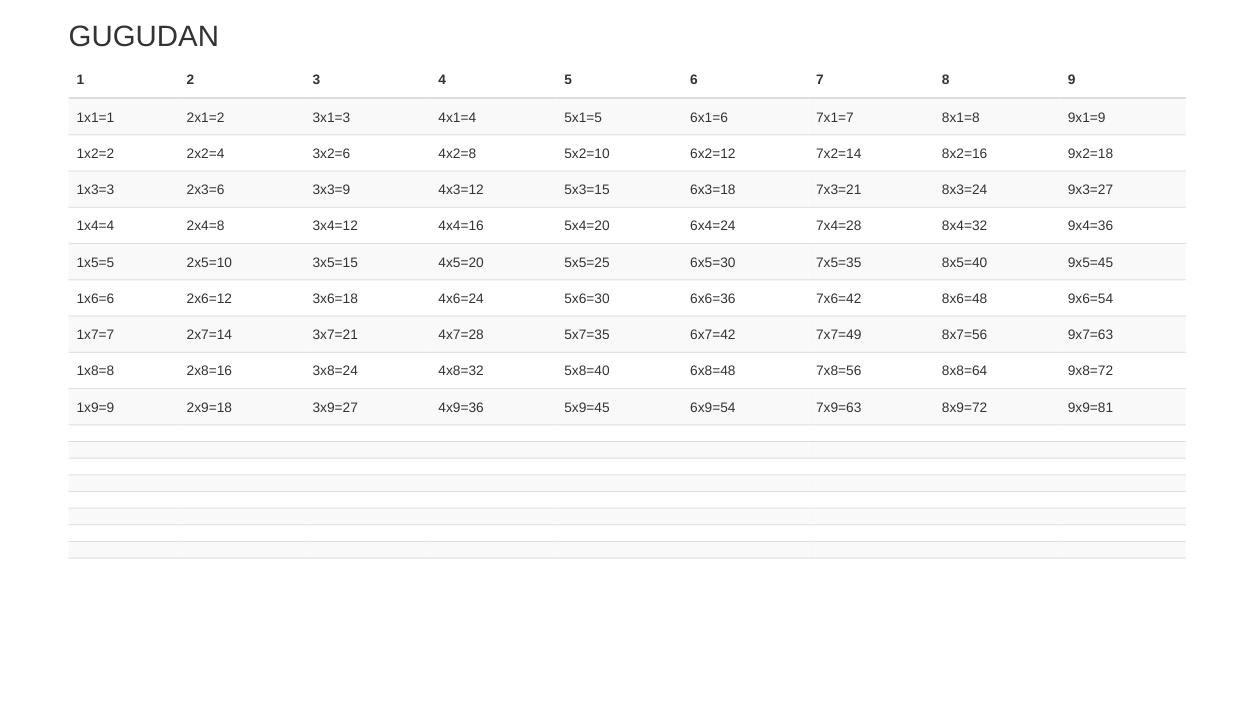
Repository: SongSooJin/JSP
Page: http://localhost/5-jsp-basic/example5/gugudan4.jsp
The author's editor kept a copy of each file at every save. The page is drawn from the files as they stood at one save, then again after the next save.
The browser window is 1280 px wide. The pictures show the whole page, at 98% of full size.
The page is served by Tomcat 9. Other server files are loaded and not shown.

Above is the page before, as saved 2018-10-08 06:05:53.

### 5-jsp-basic/WebContent/example5/gugudan4.jsp
<%@ page language="java" contentType="text/html; charset=UTF-8"
	pageEncoding="UTF-8"%>
<%@ taglib prefix="c" uri="http://java.sun.com/jsp/jstl/core"%>
<!DOCTYPE html>
<html>
<head>
<meta charset="UTF-8">
<title>Insert title here</title>
<meta name="viewport" content="width=device-width, initial-scale=1">
<link rel="stylesheet"
	href="https://maxcdn.bootstrapcdn.com/bootstrap/3.3.7/css/bootstrap.min.css">
<script
	src="https://ajax.googleapis.com/ajax/libs/jquery/3.3.1/jquery.min.js"></script>
<script
	src="https://maxcdn.bootstrapcdn.com/bootstrap/3.3.7/js/bootstrap.min.js"></script>

</head>
<body>

	<div class="container">
	<h2>GUGUDAN</h2>
		<table class="table table-striped">
			<thead>
				<tr>
					<%
						/*	for (int i = 1; i <= 9; i++) {
							out.print("<th>" + i + "</th>");
						} */
					%>
					<c:forEach var="i" begin="1" end="9" step="1">
						<th>${i }</th>
					</c:forEach>
				</tr>
			</thead>

			<tbody>
				<%
					for (int i = 1; i <= 9; i++) { // 행
						out.print("<tr>");
						for (int j = 1; j <= 9; j++) { // 열
							out.print("<td>");
							out.print(j + "x" + i + "=" + (i * j));
							out.print("</td>");
						}

						out.print("</tr>");
					}
				%>
				<c:forEach var="i" begin="1" end="9" step="1">
					<tr>
					<c:forEach var="j" begin="1" end="9" step="1">
						<td>

						</td>
					</c:forEach>
					</tr>
				</c:forEach>
			</tbody>
		</table>
	</div>

</body>
</html>

After the next save:
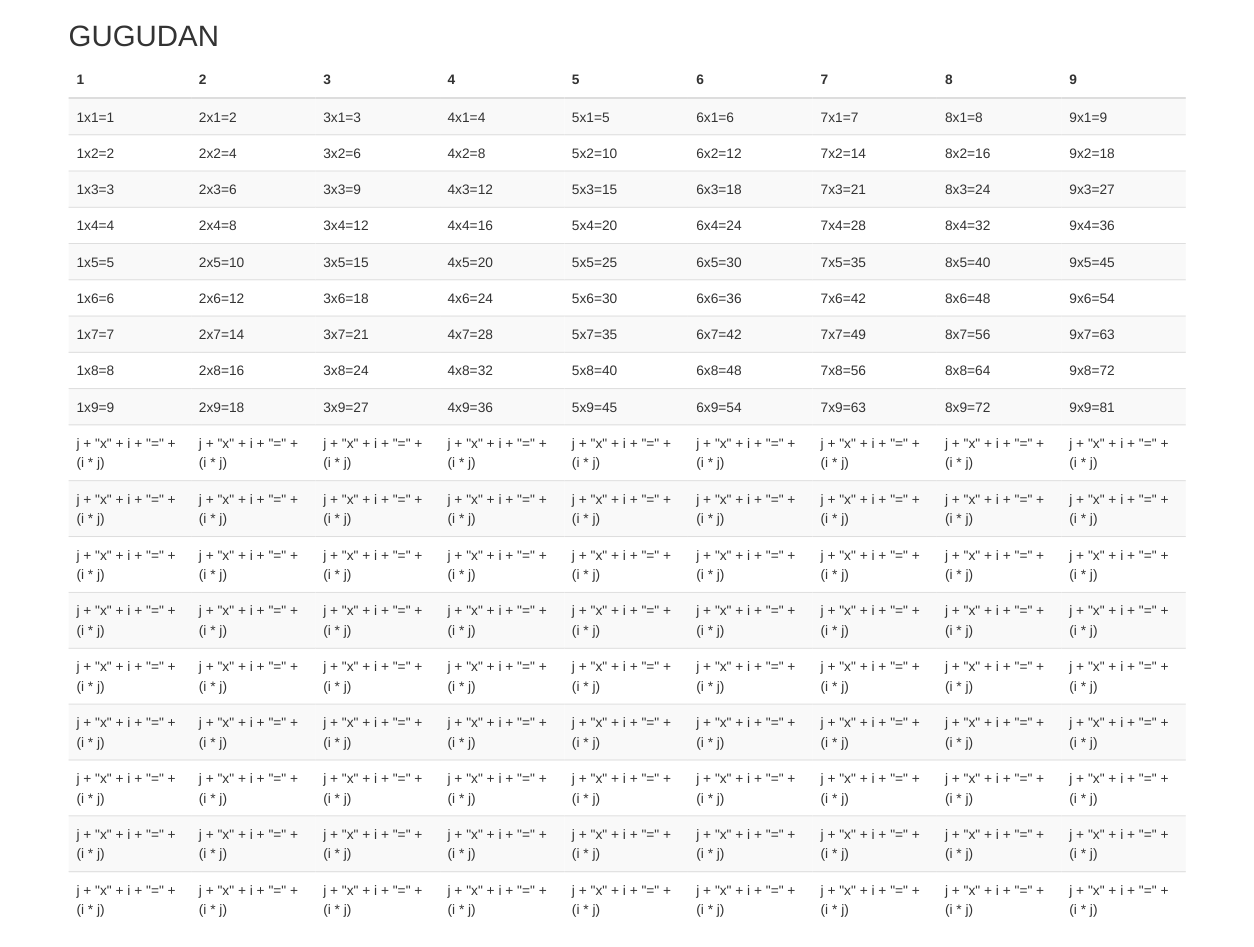
Saved 7 s later.
--- a/5-jsp-basic/WebContent/example5/gugudan4.jsp
+++ b/5-jsp-basic/WebContent/example5/gugudan4.jsp
@@ -50,7 +50,7 @@
 					<tr>
 					<c:forEach var="j" begin="1" end="9" step="1">
 						<td>
-
+							j + "x" + i + "=" + (i * j)
 						</td>
 					</c:forEach>
 					</tr>
